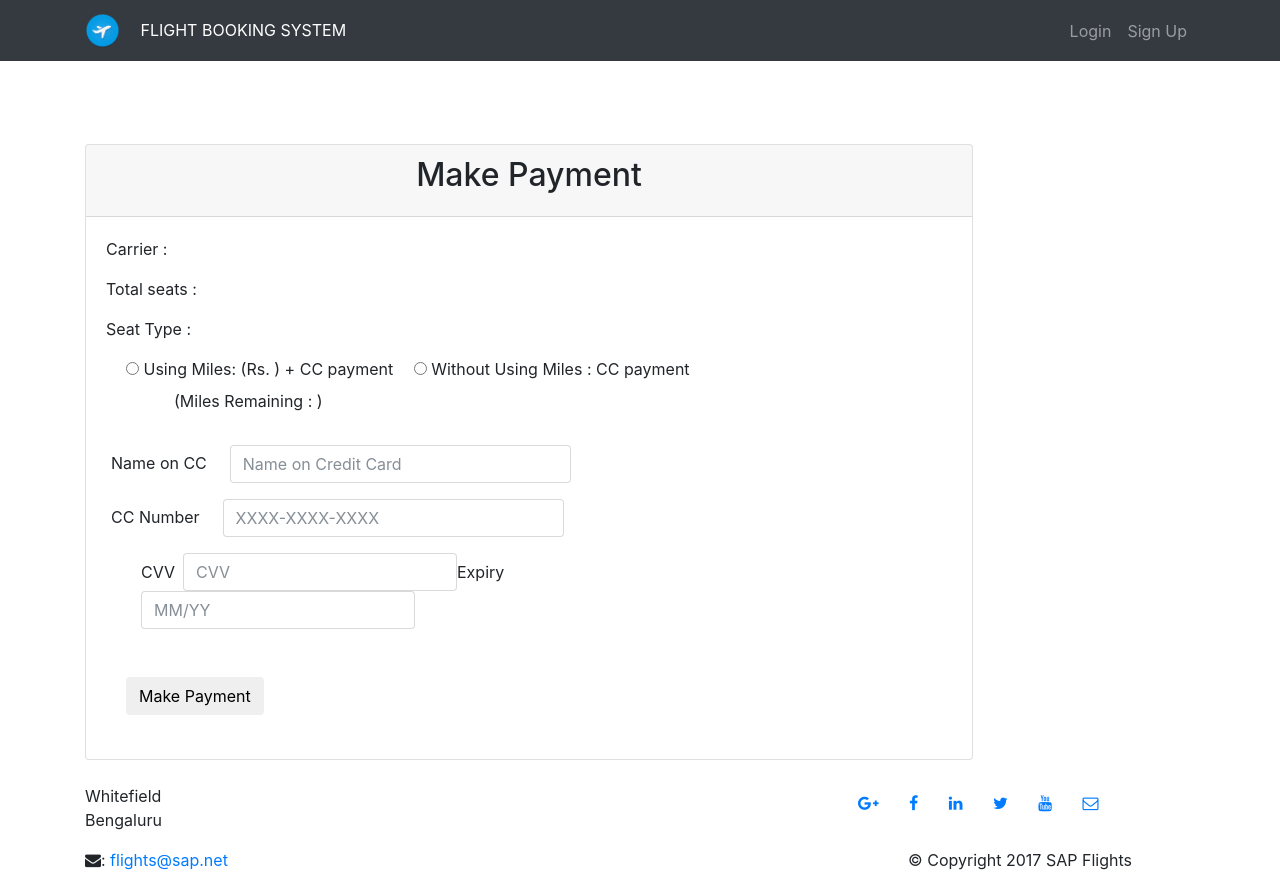
Repository: yashtatia/Spring-Practice
Page: http://localhost/FitnessTracker/WEB-INF/jsp/makePayment.jsp
An editor plug-in stored every save of this project. The page is shown before and after the next save, followed by the edit.
The browser window is 1280 px wide. The pictures show the whole page.
Some web libraries are served in a nearby version. The page is served by Tomcat 9. Nobody is signed in. The template is opened directly, without the code that normally fills it, so the values that code supplies are empty.

Above is the page before, as saved 2017-09-06 09:02:10.
Console error: SyntaxError: Unexpected token ';'

After the next save:
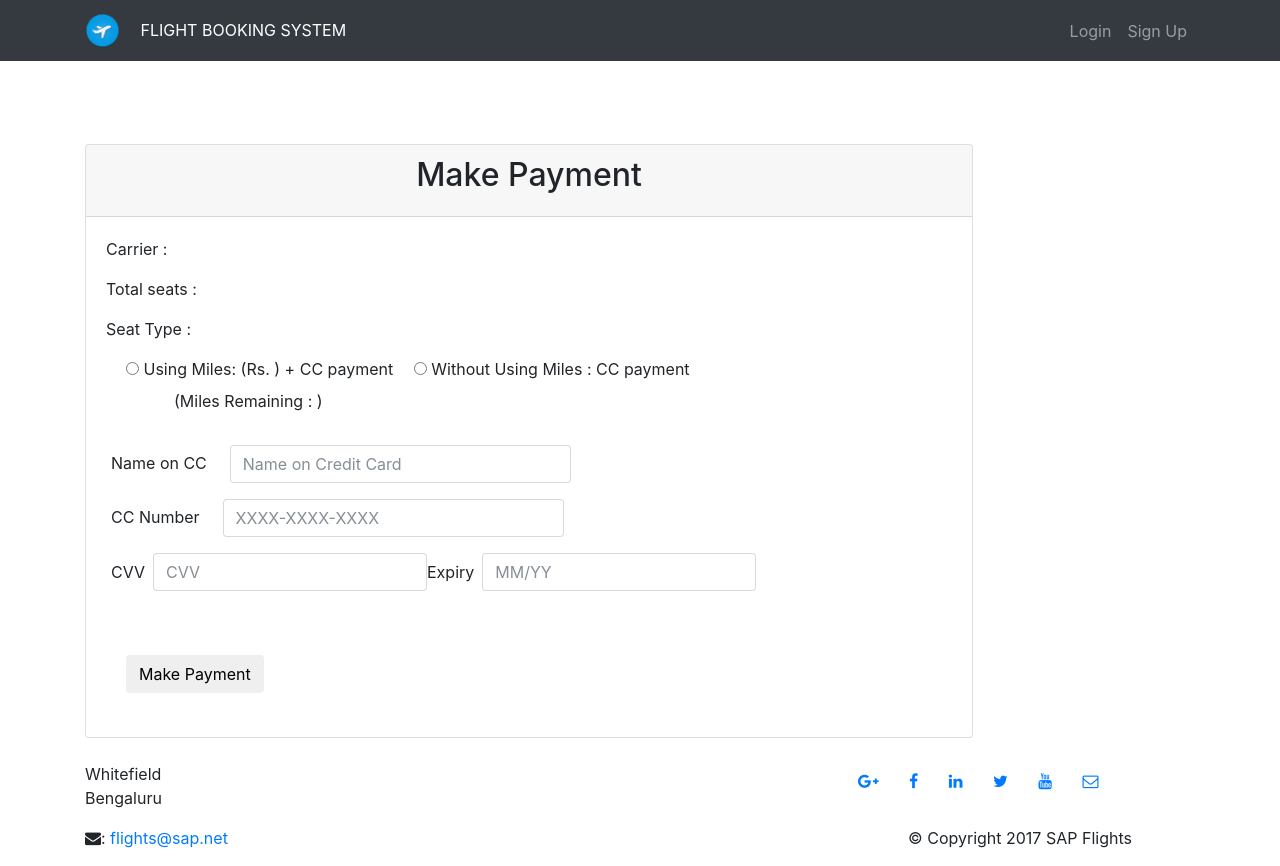
Saved 3 min 8 s later.
--- a/FitnessTracker/src/main/webapp/WEB-INF/jsp/makePayment.jsp
+++ b/FitnessTracker/src/main/webapp/WEB-INF/jsp/makePayment.jsp
@@ -51,12 +51,15 @@
 							      <form:input path="cc_number" type="text" name="cc_number" id="cc_number" placeholder="XXXX-XXXX-XXXX" class="form-control" style="max-width: 50%;" />
 							    </div>
 							</div>
-							<div class="form-inline col-8">
-								<label class="mr-sm-2 mb-0" for="cc_cvv`">CVV</label>
-									<form:input path="cc_cvv" type="password" name="cc_cvv" id="cc_cvv" placeholder="CVV"  class="form-control " />
-								<label class="mr-sm-2 mb-0" for="cc_expiry">Expiry</label>
-									<form:input path="cc_expiry"  type="text" class="form-control" id="cc_expiry" name="cc_expiry" placeholder="MM/YY"/>
+							<div class="form-group row">
+								<div class="form-inline">
+									<label class="mr-sm-2 mb-0" for="cc_cvv`">CVV</label>
+										<form:input path="cc_cvv" type="password" name="cc_cvv" id="cc_cvv" placeholder="CVV"  class="form-control " />
+									<label class="mr-sm-2 mb-0" for="cc_expiry">Expiry</label>
+										<form:input path="cc_expiry"  type="text" class="form-control" id="cc_expiry" name="cc_expiry" placeholder="MM/YY"/>
+								</div>
 							</div>
+
 
 							<br />
 							<br />
